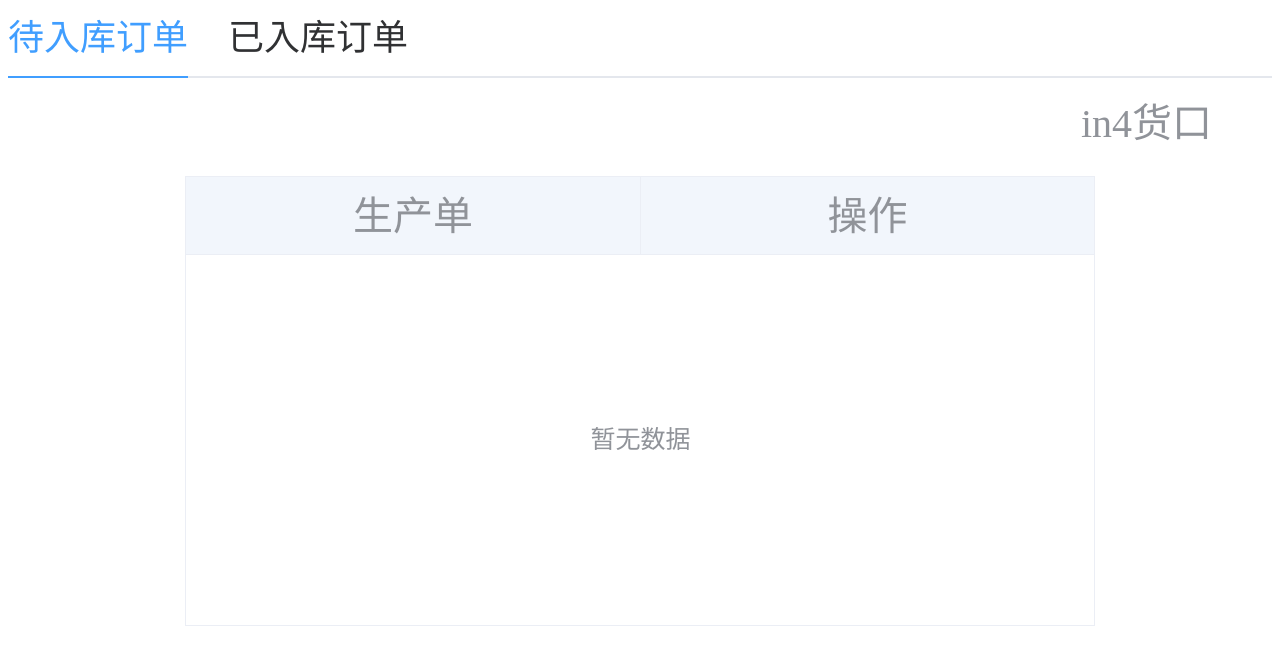
Repository: yaesass/yaesass
Page: /#/InStock (app in scancode/)
An editor plug-in stored every save of this project. The page is shown before and after the next save, followed by the edit.
The browser window is 1280 px wide. The pictures show the whole page.
The project was rebuilt for these pictures with package versions that can differ from the ones it lists, and the page was loaded fresh each time. Also part of the build but not shown: scancode/vue.config.js.

Above is the page before, as saved 2022-06-29 16:53:01.

After the next save:
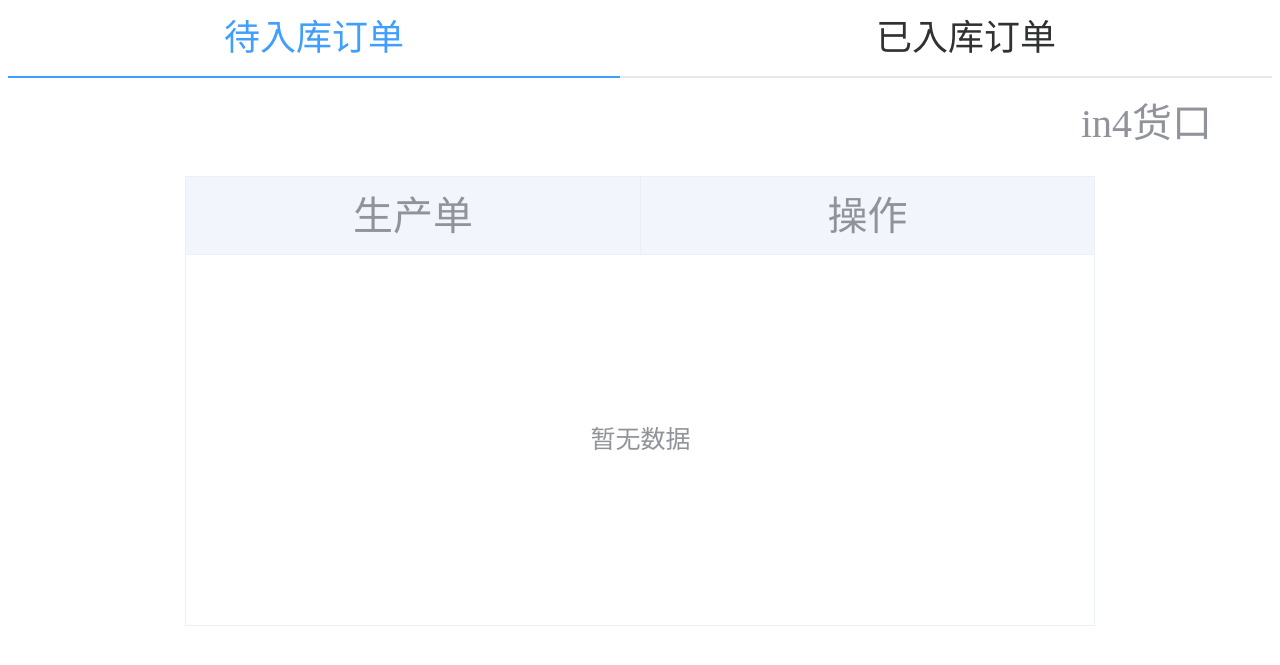
Saved 91 s later.
--- a/scancode/src/views/InStock.vue
+++ b/scancode/src/views/InStock.vue
@@ -261,6 +261,9 @@ export default {
   flex: 1;
 }
 
+.el-tabs__nav{
+  width: 100%;
+}
 .el-tabs__item {
   margin-top: 10px;
   width: 50%;
